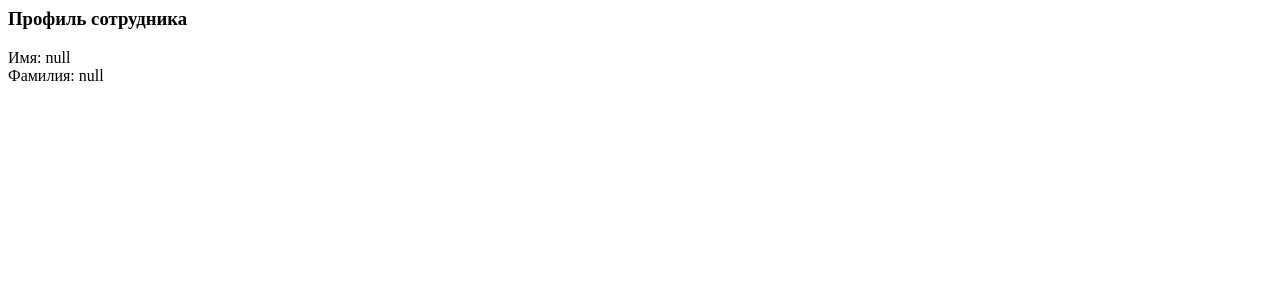
Repository: Marat1988/ExampleProgrammingLanguage
Page: http://localhost/WebApp/MyServlet
An editor plug-in stored every save of this project. The page is shown before and after the next save, followed by the edit.
The browser window is 1280 px wide. The pictures show the whole page.
The page is served by Tomcat 10. Other server files are loaded and not shown.

Above is the page before, as saved 2023-08-16 11:59:47.

### Java/JavaEE/WebApp/src/main/java/ru/unlimit/MyServlet.java
package ru.unlimit;

import jakarta.servlet.ServletException;
import jakarta.servlet.annotation.WebServlet;
import jakarta.servlet.http.HttpServlet;
import jakarta.servlet.http.HttpServletRequest;
import jakarta.servlet.http.HttpServletResponse;
import java.io.IOException;
import java.io.PrintWriter;


@WebServlet(value="/MyServlet", description="Мое описание сервлета", displayName="My display")
public class MyServlet extends HttpServlet {
	private static final long serialVersionUID = 1L;

	protected void doGet(HttpServletRequest request, HttpServletResponse response) throws ServletException, IOException {
		System.out.println("Info");

		String name = request.getParameter("firstName");
		String surname = request.getParameter("secondName");
		String job = request.getParameter("job");
		String gender = request.getParameter("gender");
		String age18 = request.getParameter("age18");

		System.out.println("Имя: " + name);
		System.out.println("Фамилия: " + surname);
		System.out.println("Профессия: " + job);
		System.out.println("Пол: " + gender);
		System.out.println("Старше 18 лет: " + age18);


		//response.setContentType("text/html");
		//response.setCharacterEncoding("UTF-8");

		response.setContentType("text/html;charset=utf-8");


		PrintWriter out = response.getWriter();
		out.println("<h3>Профиль сотрудника</h3>");
		out.println("Имя: " + name + "<br>");
		out.println("Фамилия: " + surname + "<br>");
		out.close();
	}

	protected void doPost(HttpServletRequest request, HttpServletResponse response) throws ServletException, IOException {
		System.out.println("Info");
		request.setCharacterEncoding("UTF-8");
		String name = request.getParameter("firstName");
		String surname = request.getParameter("secondName");

		System.out.println(name);
		System.out.println(surname);

		//response.setContentType("text/html");
		//response.setCharacterEncoding("UTF-8");

		response.setContentType("text/html;charset=utf-8");


		PrintWriter out = response.getWriter();
		out.println("<h3>Профиль сотрудника</h3>");
		out.println("Имя: " + name + "<br>");
		out.println("Фамилия: " + surname + "<br>");
		out.close();
	}

}

After the next save:
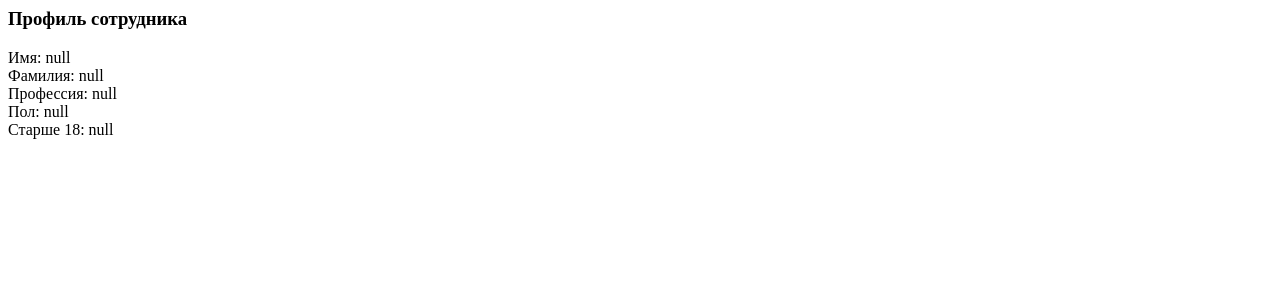
Saved 58 s later.
--- a/Java/JavaEE/WebApp/src/main/java/ru/unlimit/MyServlet.java
+++ b/Java/JavaEE/WebApp/src/main/java/ru/unlimit/MyServlet.java
@@ -39,6 +39,9 @@ public class MyServlet extends HttpServlet {
 		out.println("<h3>Профиль сотрудника</h3>");
 		out.println("Имя: " + name + "<br>");
 		out.println("Фамилия: " + surname + "<br>");
+		out.println("Профессия: " + job + "<br>");
+		out.println("Пол: " + gender + "<br>");
+		out.println("Старше 18: " + age18 + "<br>");
 		out.close();
 	}
 
